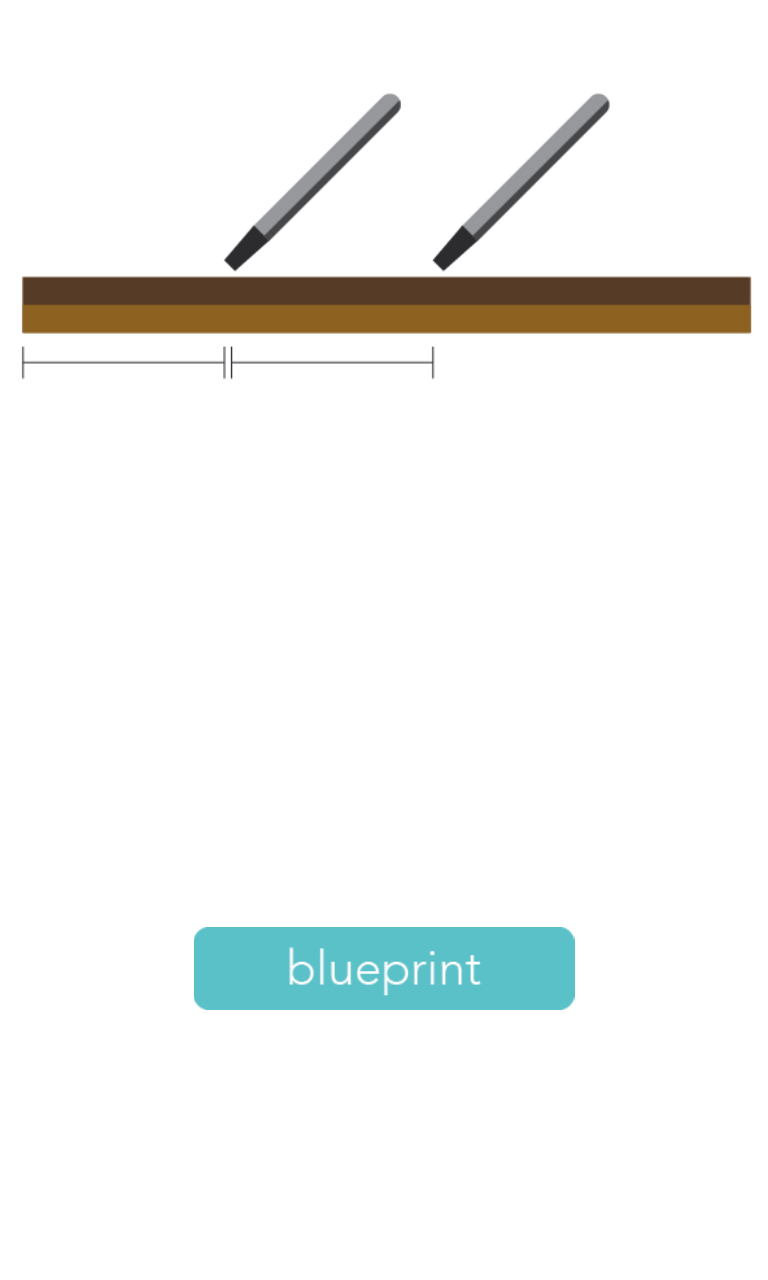
Repository: sbobhate/Android-Applications
Layout: EWBProject/res/layout/fragment_page2.xml
The author's editor kept a copy of each file at every save. The layout is drawn from the files as they stood at one save, then again after the next save.
It is drawn on a 768 x 1280 px phone screen (xhdpi) without system bars, with theme AppTheme; the app's code is not run.

Above is the layout before, as saved 2014-02-22 02:05:30.

### EWBProject/res/layout/fragment_page2.xml
<?xml version="1.0" encoding="utf-8"?>
<RelativeLayout xmlns:android="http://schemas.android.com/apk/res/android"
    android:layout_width="match_parent"
    android:layout_height="match_parent" >

    <ImageView
        android:id="@+id/step1Tutorial"
        android:src="@drawable/step1tutorial"
        android:contentDescription="@string/step1_tutorial"
        android:layout_width="fill_parent"
        android:layout_height="wrap_content"
        />

    <ImageView
        android:id="@+id/step1"
        android:src="@drawable/step1"
        android:contentDescription="@string/step1"
        android:layout_width="fill_parent"
        android:layout_height="wrap_content"
        android:below="@+id/step1Tutorial"
        android:layout_marginTop="25dp"
        />

    <ImageView
        android:id="@+id/blueprint"
        android:layout_width="fill_parent"
        android:layout_height="wrap_content"
        android:layout_alignParentBottom="true"
        android:layout_alignParentLeft="true"
        android:layout_marginBottom="135dp"
        android:contentDescription="@string/blueprint"
        android:src="@drawable/blueprint" />

</RelativeLayout>

### EWBProject/res/values-v14/styles.xml
<resources>

    <!--
        Base application theme for API 14+. This theme completely replaces
        AppBaseTheme from BOTH res/values/styles.xml and
        res/values-v11/styles.xml on API 14+ devices.
    -->
    <style name="AppBaseTheme" parent="@android:style/Theme.Holo.Light.NoActionBar.Fullscreen">
        <!-- API 14 theme customizations can go here. -->
    </style>

</resources>

### EWBProject/res/values/strings.xml
<?xml version="1.0" encoding="utf-8"?>
<resources>

    <string name="app_name">EWB Project</string>
    <string name="action_settings">Settings</string>
    <string name="hello_world">Hello world!</string>
    <string name="home_header">Home Header</string>
    <string name="instructions">Instructions</string>
    <string name="reader">Reader</string>
    <string name="home_footer">Footer</string>
    <string name="title_activity_about_us">About Us</string>
    <string name="title_activity_instructions">Instructions</string>
    <string name="materials">Materials</string>
    <string name="hello_blank_fragment">Hello blank fragment</string>
    <string name="step1">Step 1</string>
    <string name="step2">Step 2</string>
    <string name="step3">Step 3</string>
    <string name="step1_tutorial">Step 1 Tutorial</string>
    <string name="step2_tutorial">Step 2 Tutorial</string>
    <string name="step3_tutorial">Step 2 Tutorial</string>
    <string name="blueprint">Blueprint</string>
    <string name="title_activity_reader">Reader</string>
    <string name="title_activity_cdma_visual">CdmaVisual</string>
    <string name="signal_quality">Signal Quality</string>
    <string name="cdma_title">What is CDMA ?</string>
    <string name="description">Code division multiple access (CDMA) is a channel access method used by various radio communication technologies.
CDMA is an example of multiple access, which is where several transmitters can send information simultaneously over a single communication channel. This allows several users to share a band of frequencies (see bandwidth). To permit this to be achieved without undue interference between the users CDMA employs spread-spectrum technology and a special coding scheme (where each transmitter is assigned a code).
CDMA is used as the access method in many mobile phone standards such as cdmaOne, CDMA2000 (the 3G evolution of cdmaOne), and WCDMA (the 3G standard used by GSM carriers), which are often referred to as simply CDMA.</string>

</resources>

Loaded but not shown: EWBProject/res/values/styles.xml (common file); EWBProject/res/values-v11/styles.xml (common file)

After the next save:
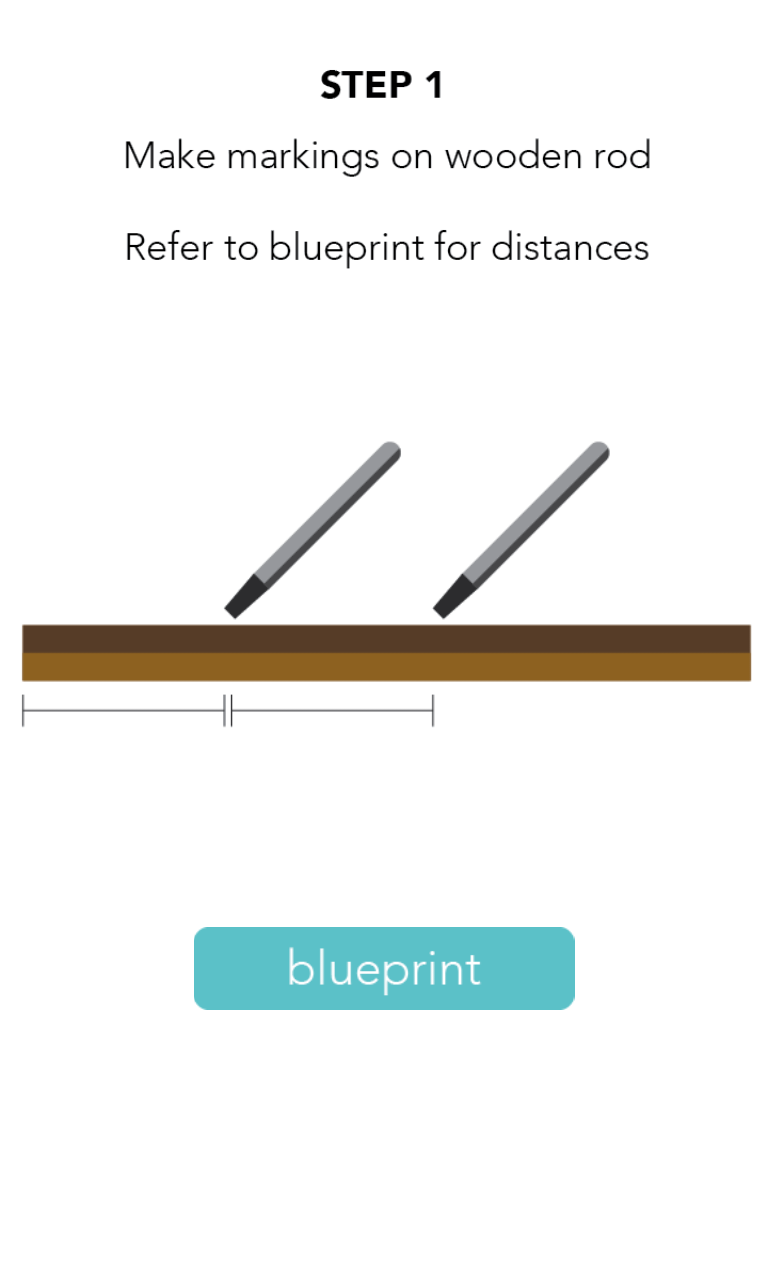
Saved 28 s later.
--- a/EWBProject/res/layout/fragment_page2.xml
+++ b/EWBProject/res/layout/fragment_page2.xml
@@ -17,7 +17,7 @@
         android:contentDescription="@string/step1"
         android:layout_width="fill_parent"
         android:layout_height="wrap_content"
-        android:below="@+id/step1Tutorial"
+        android:layout_below="@+id/step1Tutorial"
         android:layout_marginTop="25dp"
         />
 
